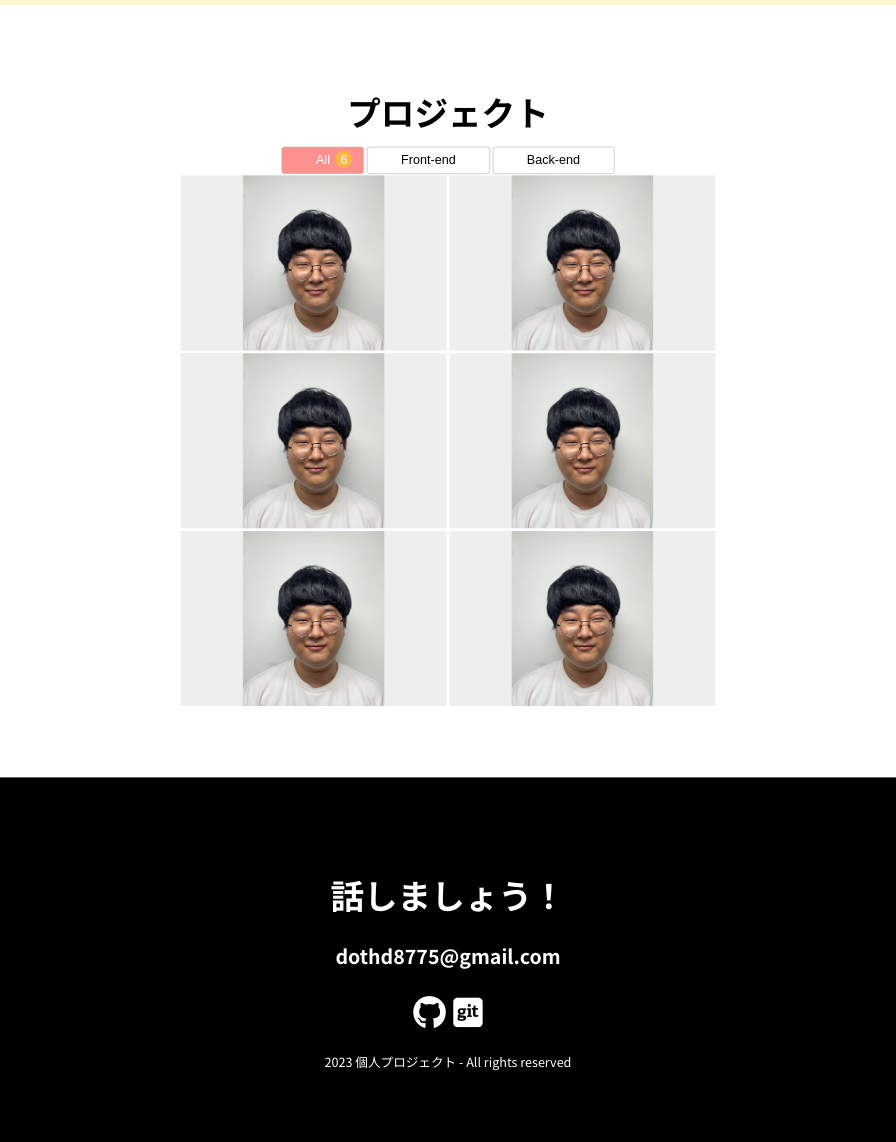
Repository: N1C0N1C0/website_introduction
Page: index.html
An editor plug-in stored every save of this project. The page is shown before and after the next save, followed by the edit.
The browser window is 1280 px wide. The pictures show the part of the page from y = 2402 to 4322 px (the page is 4034 px tall before and 4796 px after), at 70% of full size.
Some web libraries are served in a nearby version.

Above is the page before, as saved 2023-08-29 03:26:40.

After the next save:
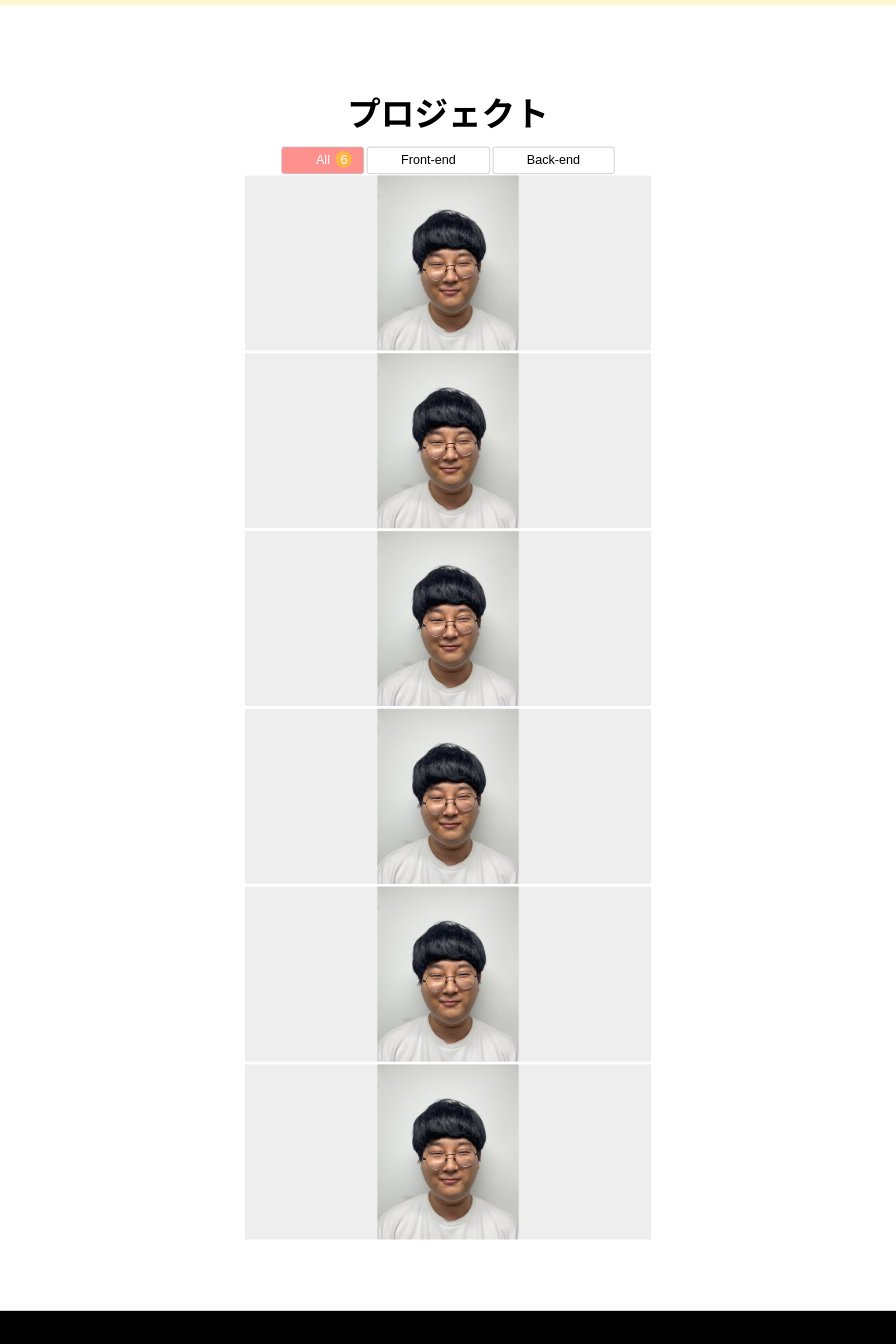
Saved 23 s later.
--- a/style.css
+++ b/style.css
@@ -366,7 +366,7 @@ p {
     display: flex;
     flex-direction: column;
     justify-content: center;
-    width: 380px;
+    width: 580px;
     height: 250px;
     margin: 2px;
     background-color: var(--color-light-white);
